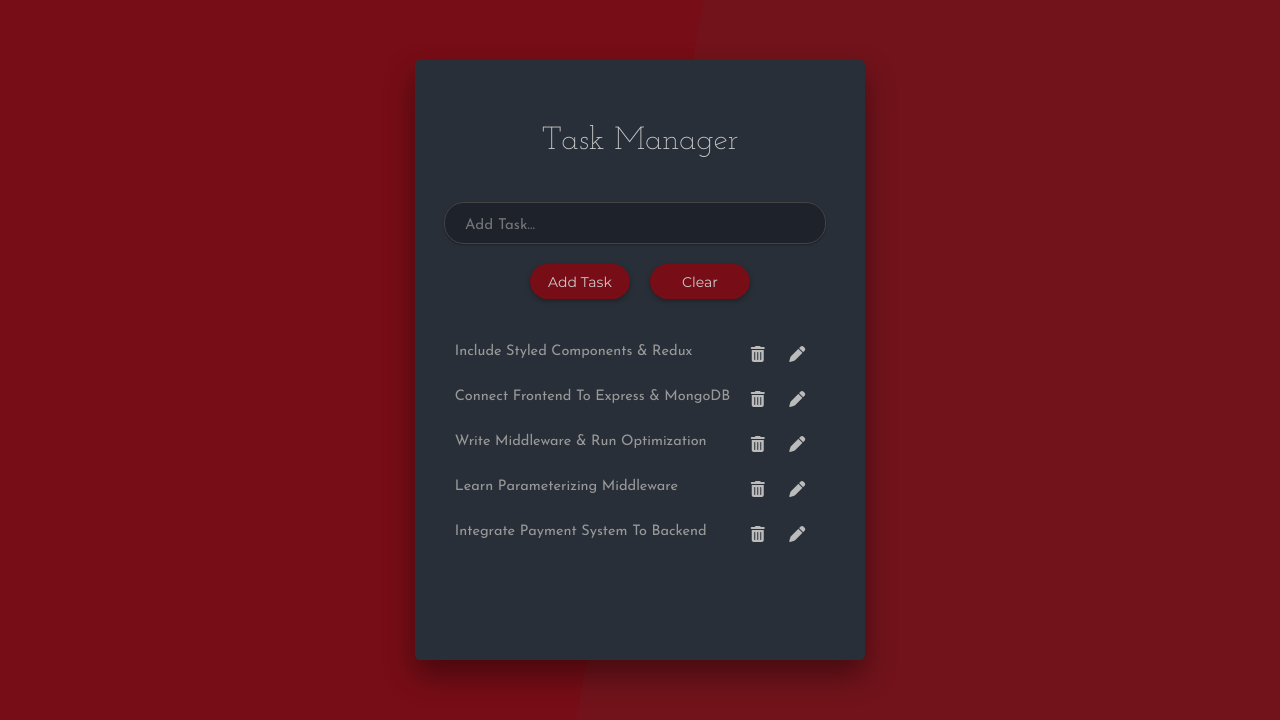
Repository: Kol124/react-task-manager
Page: /
The author's editor kept a copy of each file at every save. The page is drawn from the files as they stood at one save, then again after the next save.
The browser window is 1280 px wide. The pictures show the whole page.
Some web libraries are served in a nearby version. The project was rebuilt for these pictures with package versions that can differ from the ones it lists, and the page was loaded fresh each time.

Above is the page before, as saved 2021-06-22 18:30:55.

After the next save:
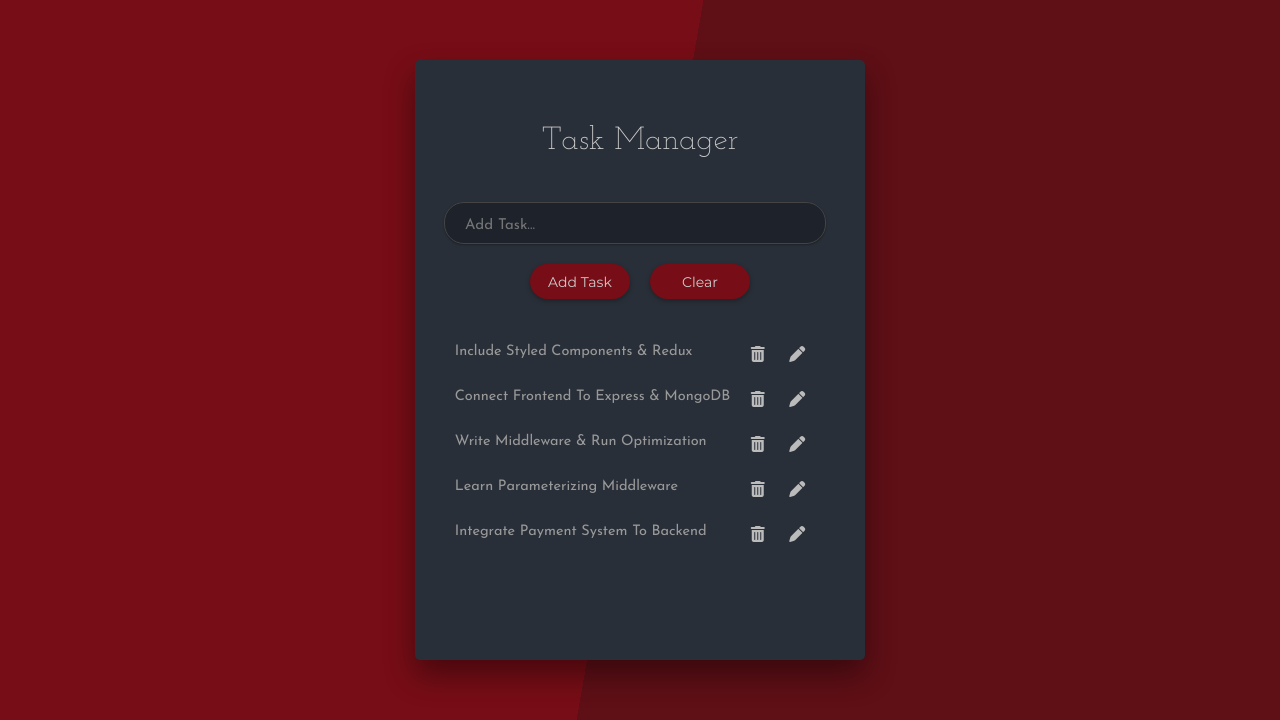
Saved 11 s later.
--- a/src/App.css
+++ b/src/App.css
@@ -6,7 +6,7 @@
 }
 
 .container {
-  background: linear-gradient(100deg, #770d16 50%, #72131b 0);
+  background: linear-gradient(100deg, #770d16 50%, #5f0f16 0);
   width: 100%;
   height: 100vh;
   display: flex;
